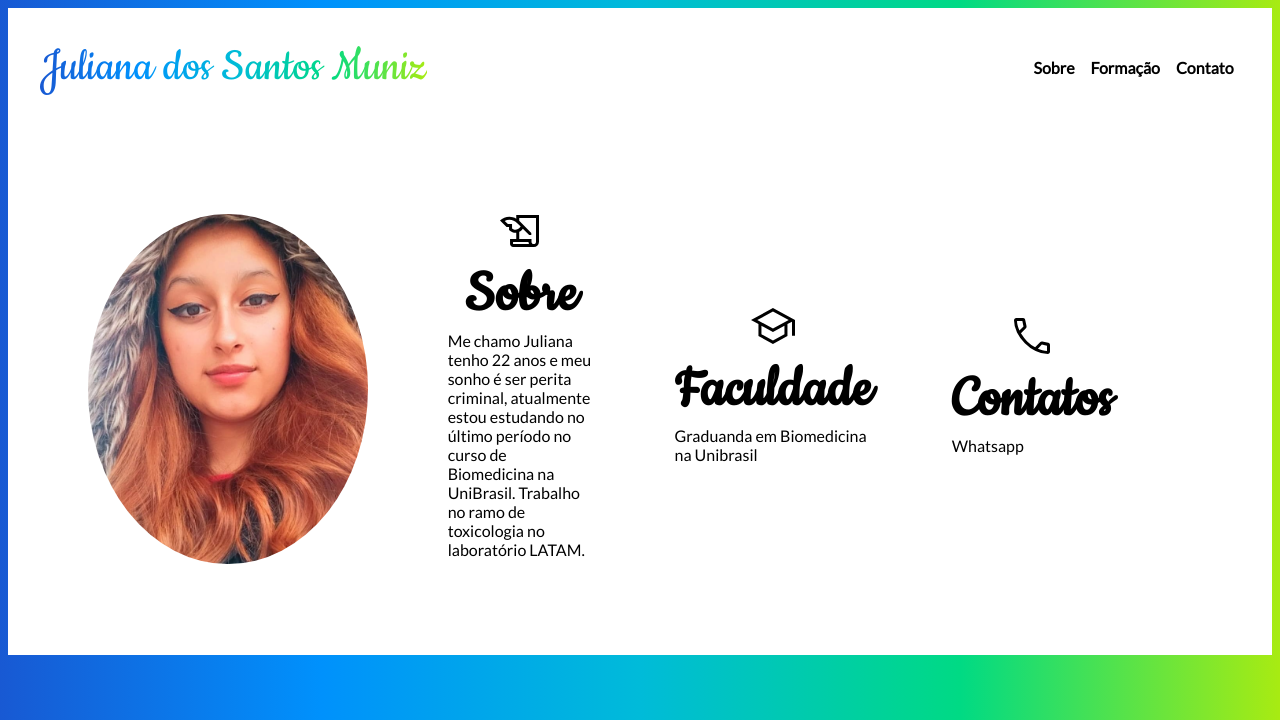
Repository: joaovnogueira/Portfolio-Juliana
Page: index.html
The author's editor kept a copy of each file at every save. The page is drawn from the files as they stood at one save, then again after the next save.
The browser window is 1280 px wide. The pictures show the whole page.

Above is the page before, as saved 2022-06-14 16:34:55.

### index.html
<!DOCTYPE html>
<html lang="en">
<head>
    <link rel="stylesheet" href="styles.css">
    <meta charset="UTF-8">
    <meta http-equiv="X-UA-Compatible" content="IE=edge">
    <meta name="viewport" content="width=device-width, initial-scale=1.0">
    <title>Portfólio Juliana</title>
</head>
<body>
    <header>
        <nav>
            <div class="logo">Juliana dos Santos Muniz</div>
            <div class="menu">
                <a href="">Sobre</a>
                <a href="">Formação</a>
                <a href="">Contato</a>
            </div>
        </nav>
    </header>
    <main>
        <div class="perfil">
            <div class="foto">
                <img src="./assets/foto-perfil.png" alt="Foto de perfil" class="fotoperfil">
            </div>
            <div class="conteudo">
                <img src="./assets/sobre.svg" alt=""><h1>Sobre</h1>
                <p>Me chamo Juliana tenho 22 anos e meu sonho é ser perita criminal,
                atualmente estou estudando no último período no curso de Biomedicina na UniBrasil.
                Trabalho no ramo de toxicologia no laboratório LATAM.</p>
            </div>
            <div class="conteudo">
                <img src="./assets/faculdade.svg" alt=""><h1>Faculdade</h1>
                <p>Graduanda em Biomedicina na Unibrasil</p>
            </div>
            <div class="conteudo">
                <img src="./assets/contato.svg" alt=""><h1>Contatos</h1>
                <p>Whatsapp</p>
            </div>
        </div>
    </main>
    <footer></footer>
</body>
</html>

### styles.css
@import url('https://fonts.googleapis.com/css2?family=Cookie&display=swap');
@import url('https://fonts.googleapis.com/css2?family=Lato&display=swap');

body{
    background-image: linear-gradient(to right, #1859d3, #0091fc, #00bbd9, #00da84, #a8eb12);
}

header {
    background-color: #FFFFFF;
    padding: 2rem;
    align-items: center;
}

nav{
    display: flex;
    justify-content: space-between;
    align-items: center;
}

.logo{
    font-family: 'Cookie', cursive;
    font-size: 50px;
    background-clip: text;
    -webkit-background-clip: text;
    background-image: linear-gradient(to right, #1859d3, #0091fc, #00bbd9, #00da84, #a8eb12);
    color: transparent;
}

.menu{
    font-family: 'Lato', sans-serif;
    font-weight: bold;
}

a{
    text-decoration: none;
    color: black;
    margin: .4rem;
}

hr{
    background-color: #FFFFFF;
}

.perfil {
    display: flex;
    padding: 5rem;
    align-items: center;
    background-color: #FFFFFF;

}

.foto{
    align-items: center;
    margin-right: 80px;

}

.conteudo{
    align-items: center;
    max-width: 350px;
    max-height: 100vh;
    text-align: center;
    margin-right: 80px;
}

h1{
    font-family: 'Cookie', cursive;
    font-weight: bold;
    font-size: 64px;
    vertical-align:middle;
    margin-bottom: 1px;
    margin-top: 1px;
}

p{
    margin-top: 1px;
    font-family: 'Lato', sans-serif;
    text-align: left;
}

.fotoperfil{
    border-radius: 50%;
    max-width:750px;
    max-height:350px;
    width: auto;
    height: auto;
}

.icon{
    max-width: 40px;
    max-height:40px;
}

After the next save:
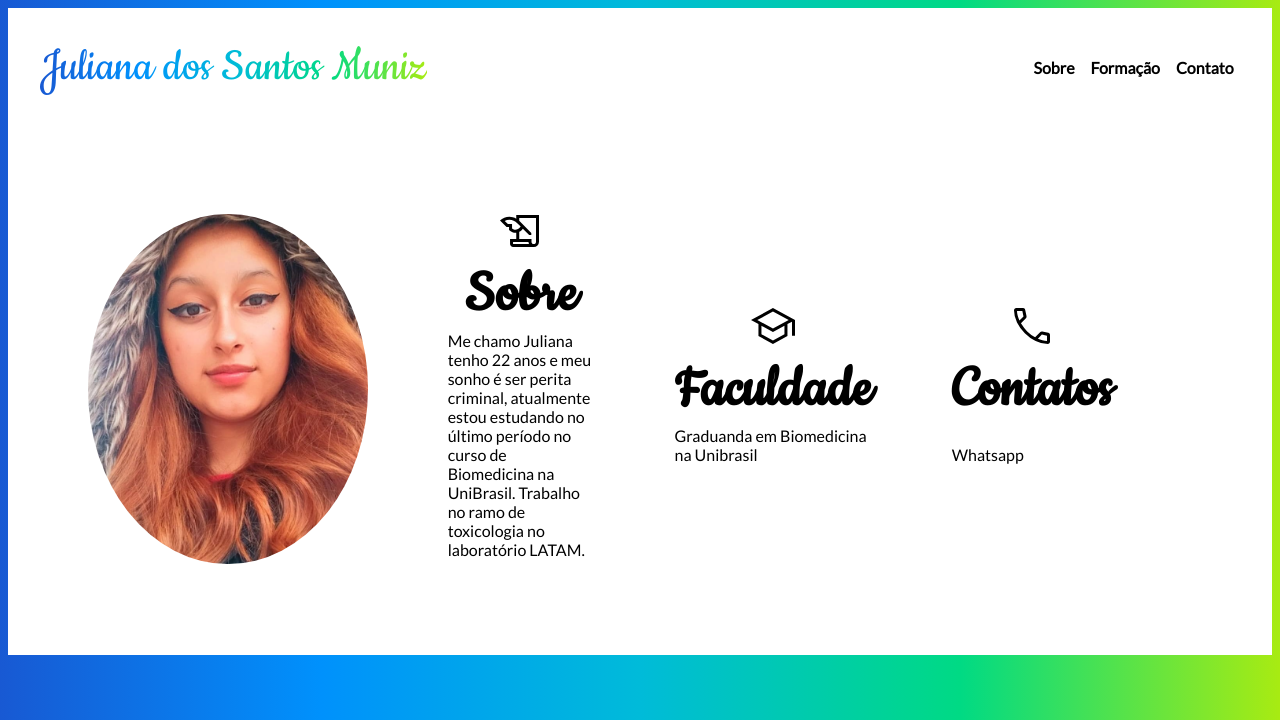
Saved 66 s later.
--- a/index.html
+++ b/index.html
@@ -35,7 +35,7 @@
             </div>
             <div class="conteudo">
                 <img src="./assets/contato.svg" alt=""><h1>Contatos</h1>
-                <p>Whatsapp</p>
+                <img src="" alt=""><p>Whatsapp</p>
             </div>
         </div>
     </main>
